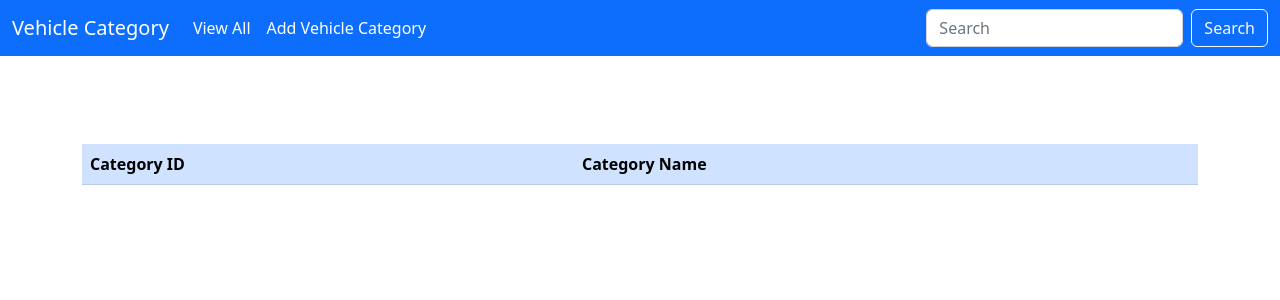
Repository: laksara20/gocheeta
Page: http://localhost/gocheeta-online/VehicleCategory?type=add
An editor plug-in stored every save of this project. The page is shown before and after the next save, followed by the edit.
The browser window is 1280 px wide. The pictures show the whole page.
The page is served by Tomcat 9. Other server files are loaded and not shown. Queries for data that is not in the repository find no rows.

Above is the page before, as saved 2022-09-16 08:34:20.

### gocheeta-online/src/main/webapp/gocheeta-vehiclecategories.jsp
<%@ page language="java" contentType="text/html; charset=ISO-8859-1"
	pageEncoding="ISO-8859-1" isELIgnored="false"%>

<%@ taglib prefix="tag" uri="http://java.sun.com/jsp/jstl/core"%>

<!DOCTYPE html>

<html>
<head>
<!-- Latest compiled and minified CSS -->
<link
	href="https://cdn.jsdelivr.net/npm/bootstrap@5.2.1/dist/css/bootstrap.min.css"
	rel="stylesheet">

<!-- Latest compiled JavaScript -->
<script
	src="https://cdn.jsdelivr.net/npm/bootstrap@5.2.1/dist/js/bootstrap.bundle.min.js"></script>
<meta charset="ISO-8859-1">
<title>GoCheeta</title>
</head>
<body>
	<nav class="navbar navbar-expand-lg navbar-dark bg-primary">
		<div class="container-fluid">
			<a class="navbar-brand" href="#">Vehicle Category</a>
			<button class="navbar-toggler" type="button"
				data-bs-toggle="collapse" data-bs-target="#navbarSupportedContent"
				aria-controls="navbarSupportedContent" aria-expanded="false"
				aria-label="Toggle navigation">
				<span class="navbar-toggler-icon"></span>
			</button>
			<div class="collapse navbar-collapse" id="navbarSupportedContent">
				<ul class="navbar-nav me-auto mb-2 mb-lg-0">
					<li class="nav-item"><a class="nav-link active"
						aria-current="page" href="#">View All</a></li>
					<li class="nav-item"><a class="nav-link active" href="#">Add
							Vehicle Category</a></li>
				</ul>
				<form class="d-flex" role="search">
					<input class="form-control me-2" type="search" placeholder="Search"
						aria-label="Search" name="vcid">
					<button class="btn btn-outline-light" type="submit">Search</button>
				</form>
			</div>
		</div>
	</nav>

	<br />
	<p style = "color:red;">${errormsg}</p>
	<br />
	<br />
	<div class="container">
		<table class="table table-striped">
			<thead>
				<tr class="table-primary">
					<th scope="col">Category ID</th>
					<th scope="col">Category Name</th>
				</tr>
			</thead>
			<tbody>
				<tag:forEach var="vehicleCategory" items="${vehicleCategoryList}">
					<tr>
						<td>${vehicleCategory.categoryID}</td>
						<td>${vehicleCategory.categoryName}</td>
					</tr>
				</tag:forEach>
			</tbody>
		</table>
	</div>


</body>
</html>

### gocheeta-online/src/main/java/com/laksara/gocheeta/controller/VehicleCategoryController.java
package com.laksara.gocheeta.controller;

import java.io.IOException;
import java.sql.SQLException;
import java.util.ArrayList;
import java.util.List;

import javax.servlet.RequestDispatcher;
import javax.servlet.ServletException;
import javax.servlet.http.HttpServlet;
import javax.servlet.http.HttpServletRequest;
import javax.servlet.http.HttpServletResponse;
import javax.servlet.http.HttpSession;

import com.laksara.gocheeta.model.VehicleCategory;
import com.laksara.gocheeta.service.VehicleCategoryService;

public class VehicleCategoryController extends HttpServlet {
	private static final long serialVersionUID = 1L;
	VehicleCategoryService vehicleCategoryService;
	String errormsg;

	public VehicleCategoryController() {
		vehicleCategoryService = VehicleCategoryService.getVehicleCategoryService();
	}

	protected void doGet(HttpServletRequest request, HttpServletResponse response)
			throws ServletException, IOException {
		String categoryID = request.getParameter("vcid");

		if (categoryID != null) {
			launchSpecificVehicleCategory(request, response);
		} else {
			launchAllVehicleCategories(request, response);
		}

	}

	protected void doPost(HttpServletRequest request, HttpServletResponse response)
			throws ServletException, IOException {

	}

	private void launchSpecificVehicleCategory(HttpServletRequest request, HttpServletResponse response) throws IOException {
		clearMessage();
		VehicleCategory vehicleCategory;

		try {
			vehicleCategory = vehicleCategoryService.getVehicleCategory(request.getParameter("vcid"));
		} catch (ClassNotFoundException | SQLException e) {
			errormsg = e.getMessage();
			vehicleCategory = new VehicleCategory();
		}

		HttpSession session = request.getSession();
		session.setAttribute("vehicleCategory", vehicleCategory);
		session.setAttribute("errormsg", errormsg);
		response.sendRedirect("gocheeta-managevehiclecategories.jsp");

	}

	private void launchAllVehicleCategories(HttpServletRequest request, HttpServletResponse response)
			throws ServletException, IOException {

		List<VehicleCategory> vehicleCategoryList;

		clearMessage();

		try {
			vehicleCategoryList = vehicleCategoryService.getVehicleCategories();
		} catch (ClassNotFoundException | SQLException e) {
			errormsg = e.getMessage();
			vehicleCategoryList = new ArrayList<VehicleCategory>();
		}

		request.setAttribute("vehicleCategoryList", vehicleCategoryList);
		request.setAttribute("errormsg", errormsg);

		RequestDispatcher rd = request.getRequestDispatcher("gocheeta-vehiclecategories.jsp");
		rd.forward(request, response);
	}

	private void clearMessage() {
		errormsg = "";
	}

}

### gocheeta-online/src/main/java/com/laksara/gocheeta/dao/VehicleCategoryFactory.java
package com.laksara.gocheeta.dao;

public class VehicleCategoryFactory {
	public static VehicleCategoryManager getVehicleCategoryManagerInstance() {
		return new VehicleCategoryManagerImpl();

	}
}

### gocheeta-online/src/main/java/com/laksara/gocheeta/dao/VehicleCategoryManager.java
package com.laksara.gocheeta.dao;

import java.sql.SQLException;
import java.util.List;

import com.laksara.gocheeta.model.VehicleCategory;

public interface VehicleCategoryManager {
	public boolean addVehicleCategory(VehicleCategory vehicleCategory) throws ClassNotFoundException, SQLException;
	public VehicleCategory getVehicleCategory(String categoryID) throws ClassNotFoundException, SQLException;
	public List<VehicleCategory> getVehicleCategories() throws ClassNotFoundException, SQLException;
	public boolean updateVehicleCategory(VehicleCategory vehicleCategory) throws ClassNotFoundException, SQLException;
	public boolean deleteVehicleCategory(String categoryID) throws ClassNotFoundException, SQLException;

}

### gocheeta-online/src/main/java/com/laksara/gocheeta/dao/VehicleCategoryManagerImpl.java
package com.laksara.gocheeta.dao;

import java.sql.Connection;
import java.sql.DriverManager;
import java.sql.PreparedStatement;
import java.sql.ResultSet;
import java.sql.SQLException;
import java.sql.Statement;
import java.util.ArrayList;
import java.util.List;

import com.laksara.gocheeta.model.VehicleCategory;

public class VehicleCategoryManagerImpl implements VehicleCategoryManager {

	/*
	 * 1. Import the Package 2. Load the Driver 3. Establish the connection 4.
	 * Create the statement 5. Execute the query 6. Process the result 7. Close the
	 * connection and the statement
	 */

	private Connection getConnection() throws ClassNotFoundException, SQLException {
		MySQLDBConnectorImpl mysql = new MySQLDBConnectorImpl();
		return mysql.getConnection();

	}

	public boolean addVehicleCategory(VehicleCategory vehicleCategory) throws ClassNotFoundException, SQLException {
		Connection connection = getConnection();

		String query = "INSERT INTO vehicle_category(categoryID,categoryName) VALUES(?,?)";
		PreparedStatement ps = connection.prepareStatement(query);
		ps.setString(1, vehicleCategory.getCategoryID());
		ps.setString(2, vehicleCategory.getCategoryName());

		int result = ps.executeUpdate();
		connection.close();

		return result > 0;
	}

	public VehicleCategory getVehicleCategory(String categoryID) throws ClassNotFoundException, SQLException {
		Connection connection = getConnection();
		String query = "SELECT * FROM vehicle_category WHERE categoryID = ?";
		PreparedStatement ps = connection.prepareStatement(query);
		ps.setString(1, categoryID);

		ResultSet rs = ps.executeQuery();

		VehicleCategory vehicleCategory = new VehicleCategory();

		while(rs.next()) {
			vehicleCategory.setCategoryID(rs.getString("categoryID"));
			vehicleCategory.setCategoryName(rs.getString("categoryName"));
		}

		ps.close();
		connection.close();

		return null;
	}

	public List<VehicleCategory> getVehicleCategories() throws ClassNotFoundException, SQLException {
		Connection connection = getConnection();
		String query = "SELECT * FROM vehicle_category";
		Statement st = connection.createStatement();
		ResultSet rs = st.executeQuery(query);

		List<VehicleCategory> vehicleCategoryList  = new ArrayList();


		while(rs.next()) {
			VehicleCategory vehicleCategory = new VehicleCategory();
			vehicleCategory.setCategoryID(rs.getString("categoryID"));
			vehicleCategory.setCategoryName(rs.getString("categoryName"));

			vehicleCategoryList.add(vehicleCategory);
		}

		st.close();
		connection.close();

		return vehicleCategoryList;
	}

	public boolean updateVehicleCategory(VehicleCategory vehicleCategory) throws ClassNotFoundException, SQLException {
		Connection connection = getConnection();
		String query = "UPDATE vehicle_category SET categoryName = ? WHERE categoryID = ?";

		PreparedStatement ps = connection.prepareStatement(query);
		ps.setString(1,vehicleCategory.getCategoryName());
		ps.setString(2, vehicleCategory.getCategoryID());

		int result = ps.executeUpdate();
		ps.close();
		connection.close();

		return result > 0;
	}

	public boolean deleteVehicleCategory(String categoryID) throws ClassNotFoundException, SQLException {
		Connection connection = getConnection();
		String query = "DELETE FROM vehicle_category WHERE categoryID = ?";

		PreparedStatement ps = connection.prepareStatement(query);
		ps.setString(1,categoryID);

		int result = ps.executeUpdate();
		ps.close();
		connection.close();

		return result > 0;
	}

}

### gocheeta-online/src/main/java/com/laksara/gocheeta/dao/DBConnector.java
package com.laksara.gocheeta.dao;

import java.sql.Connection;
import java.sql.SQLException;

public interface DBConnector {
	public Connection getConnection() throws ClassNotFoundException, SQLException;

}

### gocheeta-online/src/main/java/com/laksara/gocheeta/dao/MySQLDBConnectorImpl.java
package com.laksara.gocheeta.dao;

import java.sql.Connection;
import java.sql.DriverManager;
import java.sql.SQLException;

public class MySQLDBConnectorImpl implements DBConnector {

	@Override
	public Connection getConnection() throws ClassNotFoundException, SQLException {
		Class.forName("com.mysql.cj.jdbc.Driver");
		String url = "jdbc:mysql://localhost:3306/gocheeta";
		String username = "root";
		String password = "password";
		Connection connection = DriverManager.getConnection(url, username, password);
		return connection;
	}

}

After the next save:
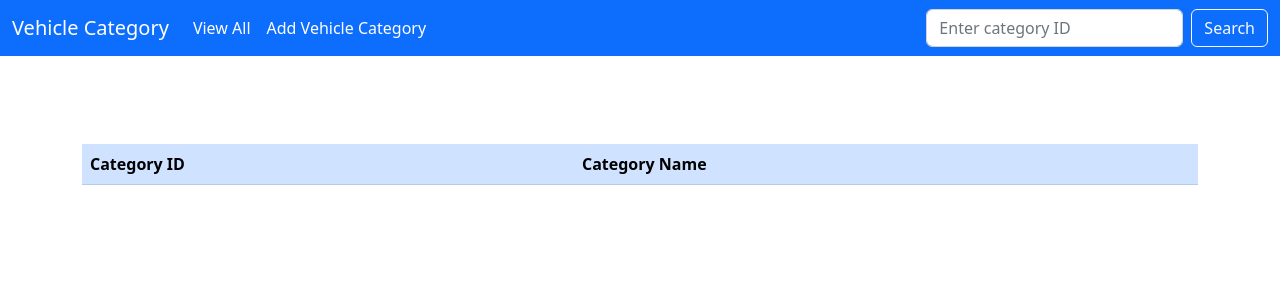
Saved 2 min 25 s later.
--- a/gocheeta-online/src/main/webapp/gocheeta-vehiclecategories.jsp
+++ b/gocheeta-online/src/main/webapp/gocheeta-vehiclecategories.jsp
@@ -36,8 +36,8 @@
 							Vehicle Category</a></li>
 				</ul>
 				<form class="d-flex" role="search">
-					<input class="form-control me-2" type="search" placeholder="Search"
-						aria-label="Search" name="vcid">
+					<input class="form-control me-2" type="search" placeholder="Enter category ID"
+						aria-label="Search" name="categoryID">
 					<button class="btn btn-outline-light" type="submit">Search</button>
 				</form>
 			</div>
